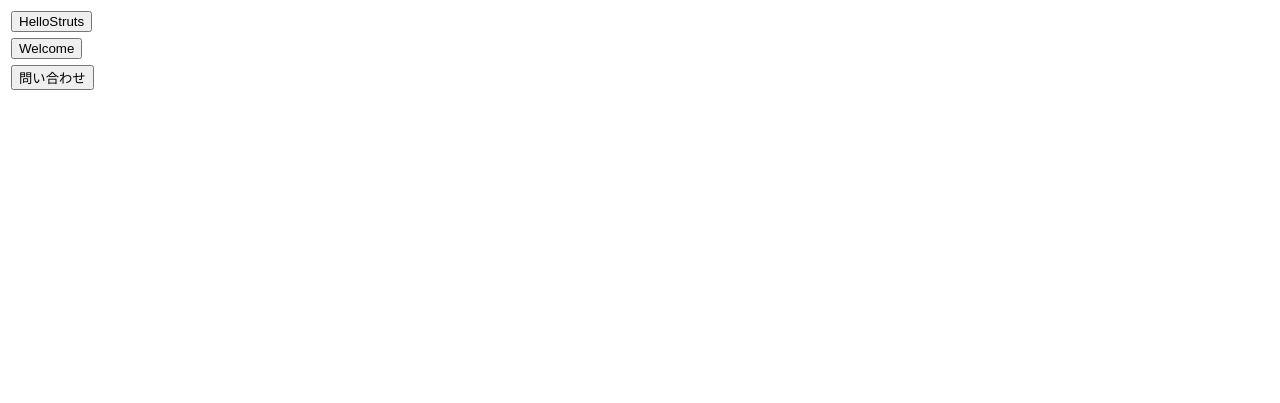
Repository: RYOYAEGAWA/test
Page: http://localhost/Webproj5/
An editor plug-in stored every save of this project. The page is shown before and after the next save, followed by the edit.
The browser window is 1280 px wide. The pictures show the whole page.
The page is served by Tomcat 9.

Above is the page before, as saved 2018-05-02 05:04:29.

After the next save:
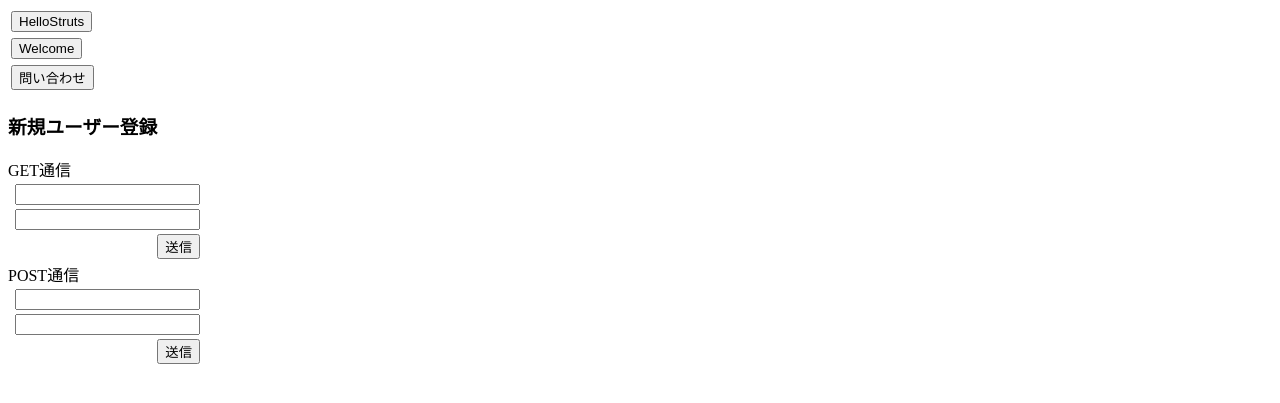
Saved 10 min 23 s later.
--- a/java/Eclipse_Data/Webproj5/WebContent/index.jsp
+++ b/java/Eclipse_Data/Webproj5/WebContent/index.jsp
@@ -19,5 +19,20 @@
 		<s:submit value="問い合わせ"/>
 	</s:form>
 
+	<h3>新規ユーザー登録</h3>
+	GET通信
+	<s:form method="get" action="TestAction">
+	<s:textfield name="username"/>
+	<s:password name="password"/>
+	<s:submit value="送信"/>
+	</s:form>
+
+	POST通信
+	<s:form method="post" action="TestAction">
+	<s:textfield name="username"/>
+	<s:password name="password"/>
+	<s:submit value="送信"/>
+	</s:form>
+
 </body>
 </html>
